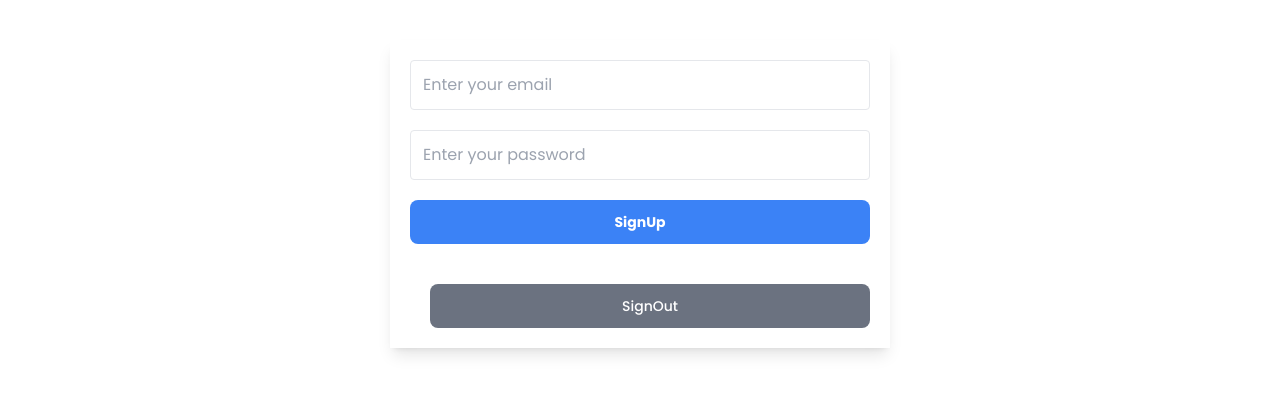
Repository: ThanhPhongsof/React-Course
Page: /
The author's editor kept a copy of each file at every save. The page is drawn from the files as they stood at one save, then again after the next save.
The browser window is 1280 px wide. The pictures show the whole page.
The project was rebuilt for these pictures with package versions that can differ from the ones it lists, and the page was loaded fresh each time.

Above is the page before, as saved 2022-04-28 08:52:35.

After the next save:
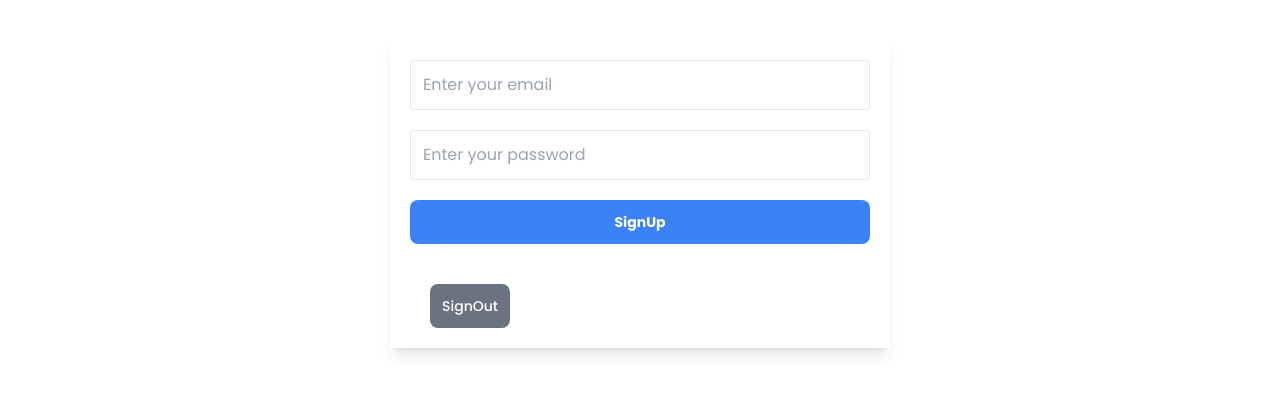
Saved 15 s later.
--- a/src/firebase/FirebaseAuth.js
+++ b/src/firebase/FirebaseAuth.js
@@ -54,7 +54,7 @@ const FirebaseAuth = () => {
           <span></span>
           <button
             type="submit"
-            className="w-full p-3 text-sm font-medium text-white bg-gray-500 rounded-lg"
+            className="p-3 text-sm font-medium text-white bg-gray-500 rounded-lg"
           >
             SignOut
           </button>
